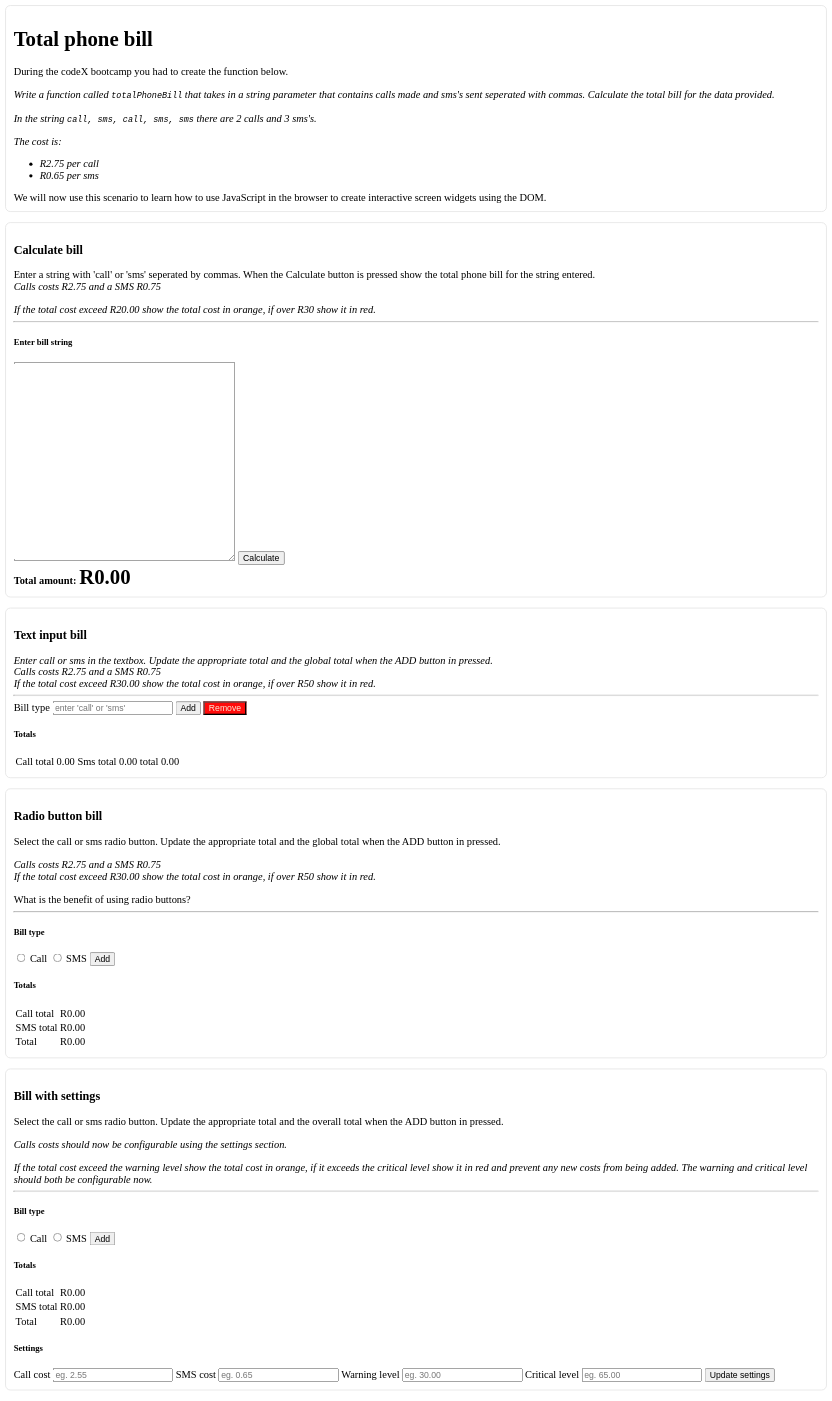
Repository: lasity34/Phone-bill
Page: index.html
An editor plug-in stored every save of this project. The page is shown before and after the next save, followed by the edit.
The browser window is 1280 px wide. The pictures show the whole page, at 65% of full size.
Some web libraries are served in a nearby version.

Above is the page before, as saved 2023-05-06 11:52:19.
Not found: css/skeleton.css

After the next save:
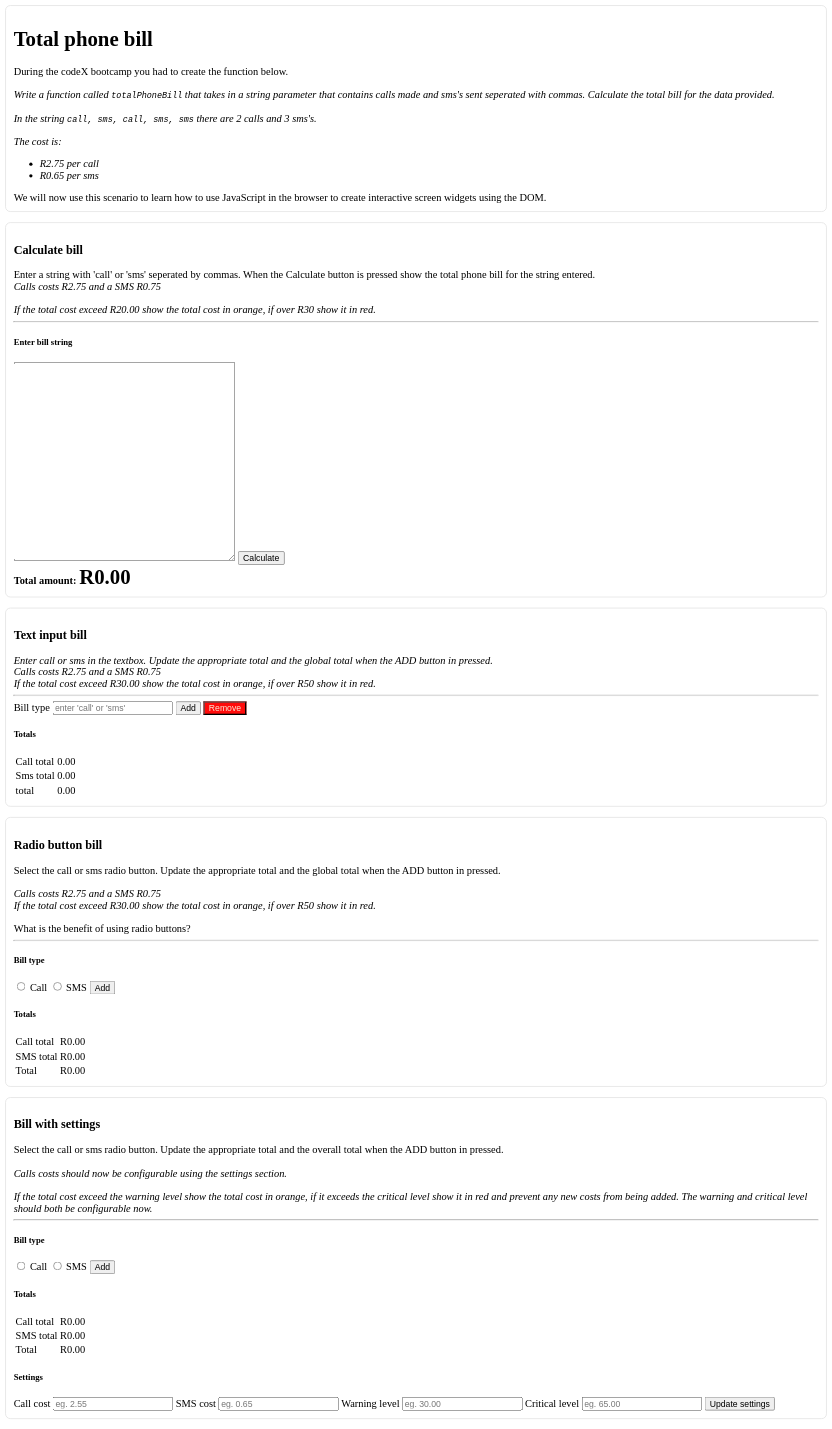
Saved 17 s later.
--- a/index.html
+++ b/index.html
@@ -8,8 +8,10 @@
     <script src="https://cdnjs.cloudflare.com/ajax/libs/handlebars.js/4.0.11/handlebars.min.js"></script>
     <script type="text/x-template" class="userTemplate">
       {{#each differentCosts}}
+      <tr>
       <td>{{name}} total</td>
       <td><span>{{total}}</span></td>
+      </tr>
       {{/each}}
   </script>
   </head>
